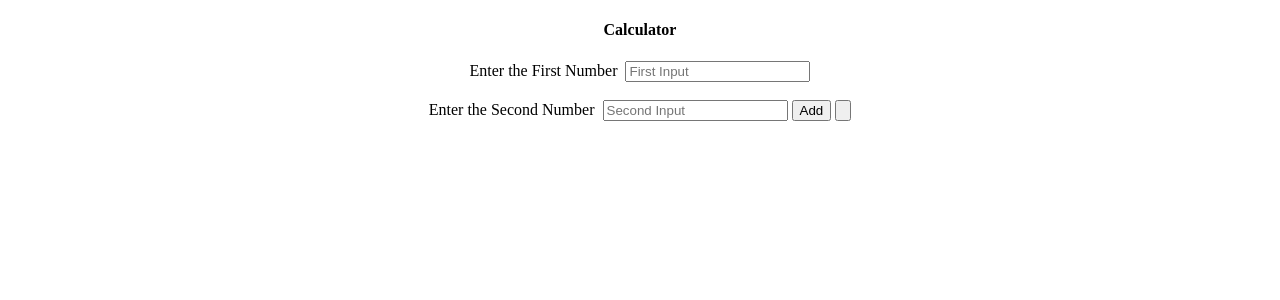
Repository: Shreyash1107/Intern_Projects
Page: Calculator/src/main/webapp/Calculator.html
The author's editor kept a copy of each file at every save. The page is drawn from the files as they stood at one save, then again after a run of saves.
The browser window is 1280 px wide. The pictures show the whole page.

Above is the page before, as saved 2024-07-03 10:11:15.

After the next 2 saves:
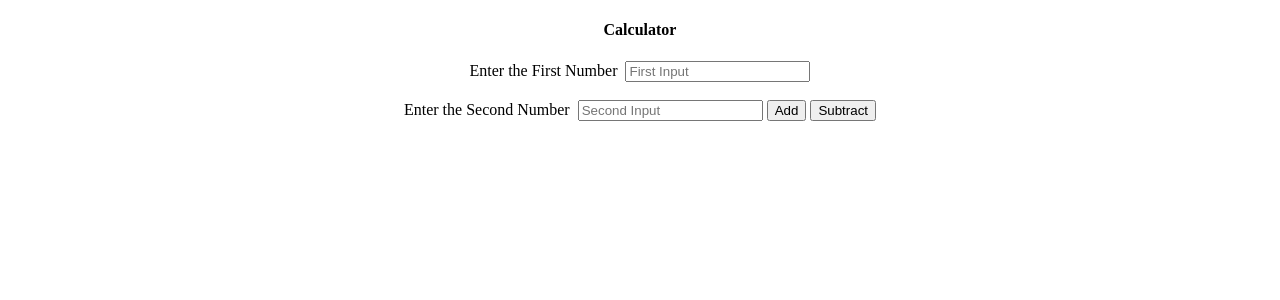
The 2 saves are shown as one change because they came seconds apart.
The last was saved 7 s later.
--- a/Calculator/src/main/webapp/Calculator.html
+++ b/Calculator/src/main/webapp/Calculator.html
@@ -20,7 +20,7 @@
 						<td><input type="number" name="Second" value="" placeholder="Second Input"</td>
 					</tr>
 					<input type="submit" name="a" value="Add">
-					<input type="submit" name="b" value=""
+					<input type="submit" name="b" value="Subtract">
 			</div>
 		</div>
 			</form>
